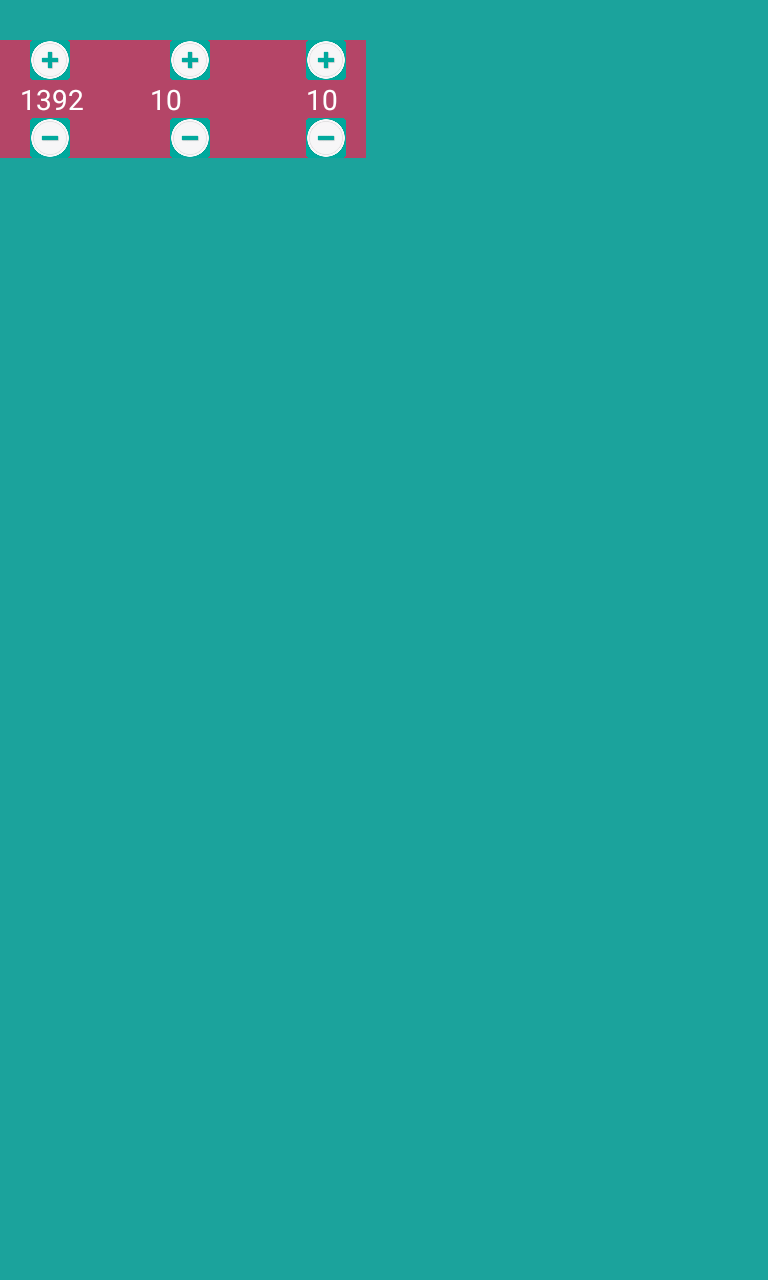
Repository: AtiehPardaz/Reports-Mobile
Layout: Reportsmobile/res/layout/activity_datepicker.xml
These files come from the project's save history. The layout is drawn as it stood at one moment and after the next save; the edit follows.
It is drawn on a 768 x 1280 px phone screen (xhdpi) without system bars, with theme Theme.Transparent; the app's code is not run.

Above is the layout before, as saved 2015-03-10 12:51:50.

After the next save:
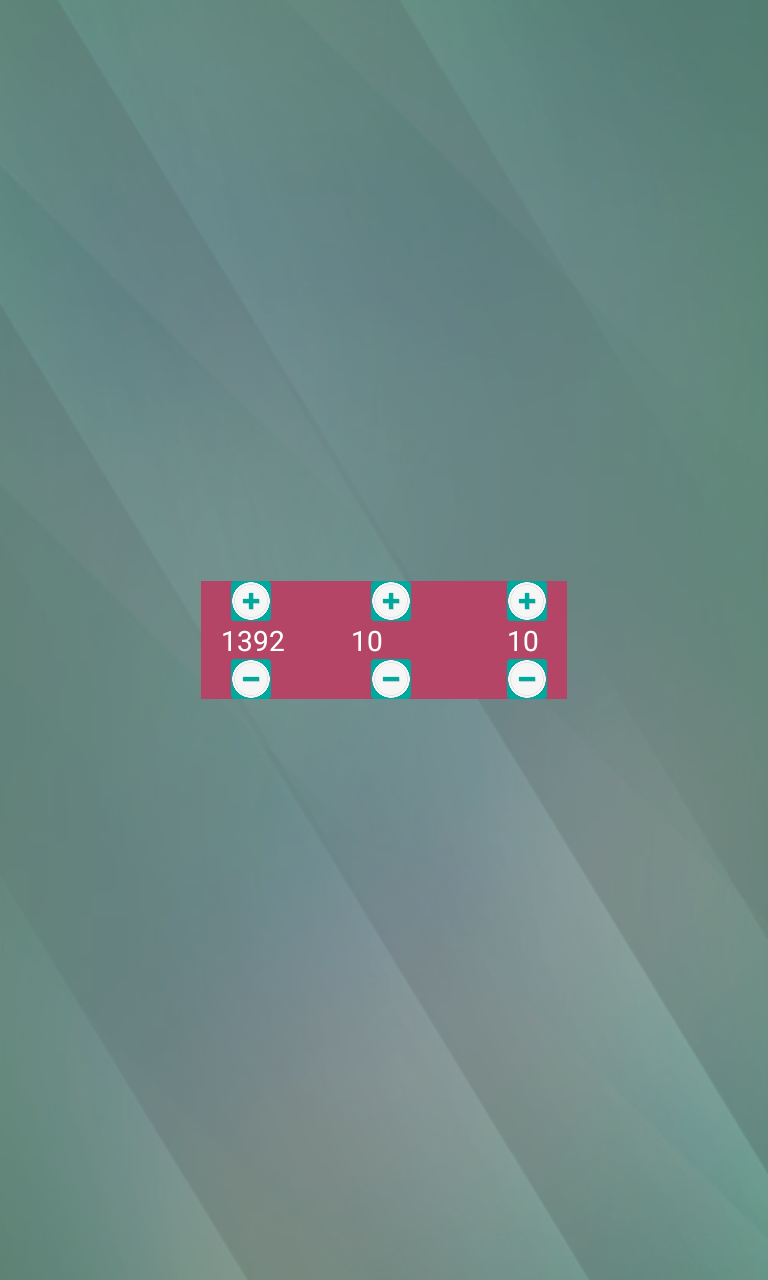
Saved 42 s later.
--- a/Reportsmobile/res/layout/activity_datepicker.xml
+++ b/Reportsmobile/res/layout/activity_datepicker.xml
@@ -1,14 +1,15 @@
-<FrameLayout xmlns:android="http://schemas.android.com/apk/res/android"
+<RelativeLayout xmlns:android="http://schemas.android.com/apk/res/android"
     xmlns:tools="http://schemas.android.com/tools"
-    android:id="@+id/FrameLayout1"
     android:layout_width="match_parent"
     android:layout_height="match_parent"
-    android:background="#1BA39C" >
+    android:background="@drawable/backmenutransparent" >
 
     <RelativeLayout
         android:id="@+id/rel_cal"
         android:layout_width="wrap_content"
         android:layout_height="wrap_content"
+        android:layout_centerHorizontal="true"
+        android:layout_centerInParent="true"
         android:layout_marginTop="20sp"
         android:background="#b44567" >
 
@@ -115,7 +116,10 @@
 
     <ImageView
         android:layout_width="wrap_content"
-        android:layout_height="wrap_content" >
+        android:layout_height="wrap_content"
+        android:layout_below="@+id/rel_cal"
+        android:layout_centerHorizontal="true" >
+
     </ImageView>
 
-</FrameLayout>
+</RelativeLayout>
